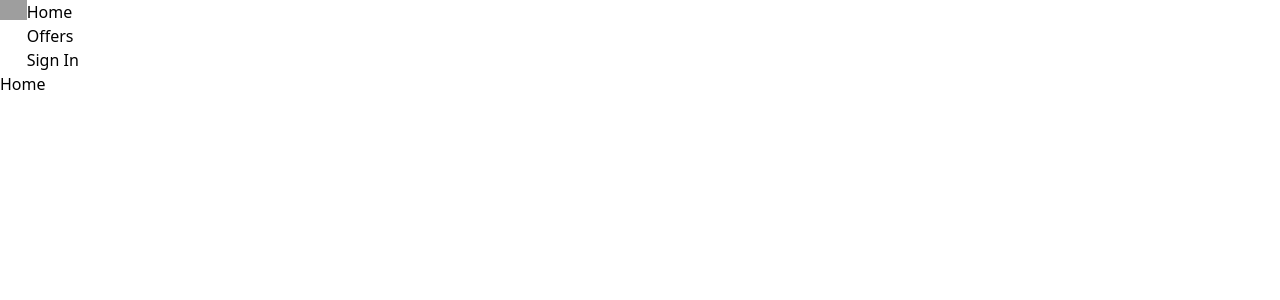
Repository: Mardoqueu/realtor-clone-react
Page: /
An editor plug-in stored every save of this project. The page is shown before and after the next save, followed by the edit.
The browser window is 1280 px wide. The pictures show the whole page.
Pictures or frames that could not be fetched are drawn as grey boxes. The project was rebuilt for these pictures with package versions that can differ from the ones it lists, and the page was loaded fresh each time. Also part of the build but not shown: src/pages/Profile.jsx, src/pages/SignIn.jsx, src/pages/SignUp.jsx, src/pages/ForgotPassword.jsx, src/pages/Offers.jsx.

Above is the page before, as saved 2022-10-27 08:12:27.

After the next save:
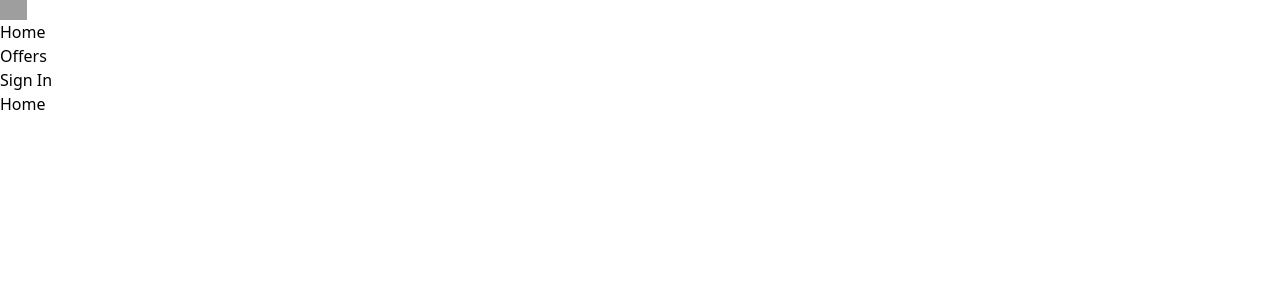
Saved 7 s later.
--- a/src/components/Header.jsx
+++ b/src/components/Header.jsx
@@ -3,7 +3,7 @@
 const Header = () => {
     return (
         <div>
-            <header className='flex'>
+            <header className='flex-auto'>
                 <div>
                     <img src='https://static.rdc.moveaws.com/images/logos/rdc-logo-default.svg' alt='logo'
                     className='h-5 cursor-pointer'></img>

After the 2 saves that followed:
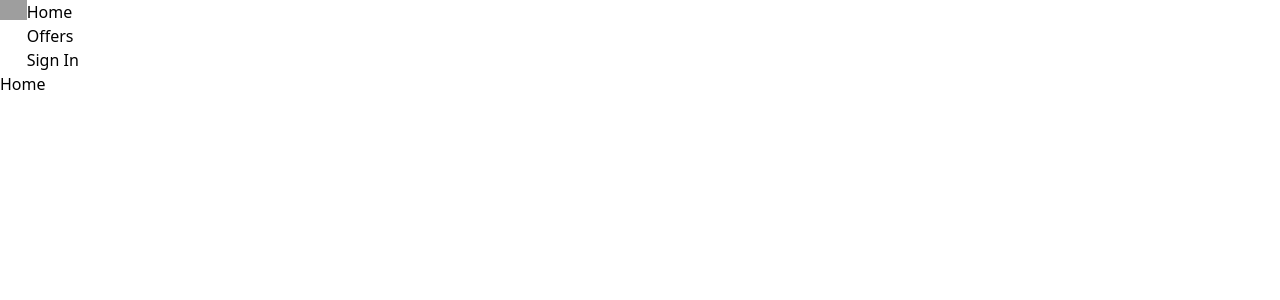
The 2 saves are shown as one change because they came seconds apart.
The last was saved 6 s later.
--- a/src/components/Header.jsx
+++ b/src/components/Header.jsx
@@ -3,7 +3,7 @@
 const Header = () => {
     return (
         <div>
-            <header className='flex-auto'>
+            <header className='flex '>
                 <div>
                     <img src='https://static.rdc.moveaws.com/images/logos/rdc-logo-default.svg' alt='logo'
                     className='h-5 cursor-pointer'></img>
